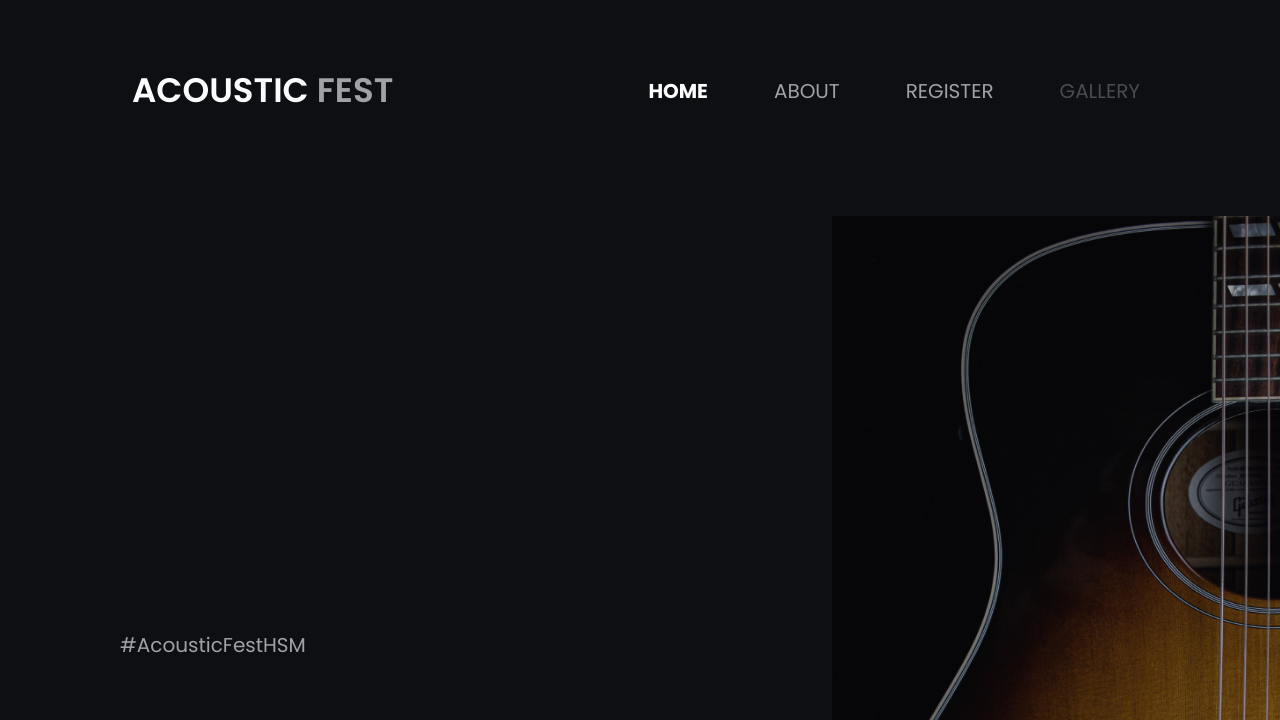
Repository: piyushiso/piyushiso.github.io
Page: event/acousticfest/index.html
The author's editor kept a copy of each file at every save. The page is drawn from the files as they stood at one save, then again after the next save.
The browser window is 1280 px wide. The pictures show the whole page.
Some web fonts or font styles are not loaded; a fallback is used.

Above is the page before, as saved 2022-05-17 18:12:57.

### event/acousticfest/index.html
<html lang="en">
<head>
    <meta charset="UTF-8">
    <meta http-equiv="X-UA-Compatible" content="IE=edge">
    <meta name="viewport" content="width=device-width, initial-scale=1.0">
    <link href="https://cdn.jsdelivr.net/npm/bootstrap@5.2.0-beta1/dist/css/bootstrap.min.css" rel="stylesheet" integrity="sha384-0evHe/X+R7YkIZDRvuzKMRqM+OrBnVFBL6DOitfPri4tjfHxaWutUpFmBp4vmVor" crossorigin="anonymous">
    <link rel="stylesheet" href="styles/style.css" type="text/css"/>
    <link href="https://unpkg.com/aos@2.3.1/dist/aos.css" rel="stylesheet">
    <title>Acoustic Fest 2022</title>
</head>
<body>
    <nav class="navbar navbar-expand-lg fixed-top navbar-dark bg-dark">
        <div class="container-fluid">
          <a class="navbar-brand" href="#"><span class="primary">ACOUSTIC</span> FEST</a>
          <div class="d-flex">
            <button class="navbar-toggler" type="button" data-bs-toggle="collapse" data-bs-target="#navbarSupportedContent" aria-controls="navbarSupportedContent" aria-expanded="false" aria-label="Toggle navigation">
                <span class="navbar-toggler-icon"></span>
            </button>
            <div class="collapse navbar-collapse" id="navbarSupportedContent">
                <ul class="navbar-nav me-auto mb-2 mb-lg-0">
                    <li class="nav-item primary">
                        <a class="nav-link active" aria-current="page" href="#">HOME</a>
                    </li>
                    <li class="nav-item">
                        <a class="nav-link secondary" href="#">ABOUT</a>
                    </li>
                    <li class="nav-item">
                        <a class="nav-link secondary" href="#">REGISTER</a>
                    </li>
                    <li class="nav-item secondary">
                        <a class="nav-link disabled" href="#">GALLERY</a>
                    </li>
                </ul>
            </div>
          </div>
        </div>
    </nav>
    <div class="components">
        <div data-aos="fade-left" data-aos-duration="1000" class="fixed-bottom hashtag">
            <span class="secondary">#AcousticFestHSM</span>
        </div>
    </div>
    <script src="https://cdn.jsdelivr.net/npm/bootstrap@5.2.0-beta1/dist/js/bootstrap.bundle.min.js" integrity="sha384-pprn3073KE6tl6bjs2QrFaJGz5/SUsLqktiwsUTF55Jfv3qYSDhgCecCxMW52nD2" crossorigin="anonymous"></script>
    <script src="https://unpkg.com/aos@2.3.1/dist/aos.js"></script>
    <script src="scripts/script.js"></script>
</body>
</html>

### event/acousticfest/styles/style.css
@import url('https://fonts.googleapis.com/css2?family=Montserrat:wght@100&family=Poppins:wght@100;400;500;600;700&display=swap');
@import url('http://fonts.cdnfonts.com/css/choco-cookies');

:root {
    --bg: #0E0F13;
    --primary: #FAFCFD;
    --secondary: #A0A2A6;
    --main-font: 'Poppins', sans-serif;
    --secondary-font: 'Choco Cookies', sans-serif;
    --bold: 700;
    --semi-bold: 600;
    --medium: 500;
    --regular: 400;
    --t1: 64px;
    --t2: 60px;
    --t3: 38px;
    --t4: 34px;
    --t5: 30px;
    --t6: 24px;
    --t7: 20px;
    --gap-x: 120px;
    --gap-y: 60px;
    --gap-sub: 30px;
}

body{
    background: var(--bg);
    color: var(--primary);
    font-family: var(--main-font);
    font-weight: var(--medium);
    font-size: var(--t6);
    letter-spacing: 5% !important;
    background-image: url("../assets/images/background.png");
    background-repeat: no-repeat;
    background-attachment: fixed;
    background-position: bottom right;
    background-size: 35% 70%;
}

nav {
    background: var(--bg) !important;
    padding: var(--gap-y) var(--gap-x)!important;
}

.navbar-dark, .bg-dark{
    background: var(--bg) !important;
    color: var(--primary);
}

.navbar-brand{
    font-size: var(--t4);
    color: var(--secondary);
    font-weight: var(--semi-bold);
}

.nav-item a{
    font-size: var(--t7);
    font-weight: var(--regular);
}

.active{
    font-weight: var(--bold) !important;
}

.navbar ul li{
    padding-left: 50px;
}

.primary{
    color: var(--primary);
}

.secondary{
    color: var(--secondary);
}

.components{
    padding: var(--gap-y) var(--gap-x);
}

.hashtag{
    padding: inherit;
    font-size: var(--t7);
    font-weight: var(--regular);
}

Loaded but not shown: event/acousticfest/scripts/script.js (common file)

After the next save:
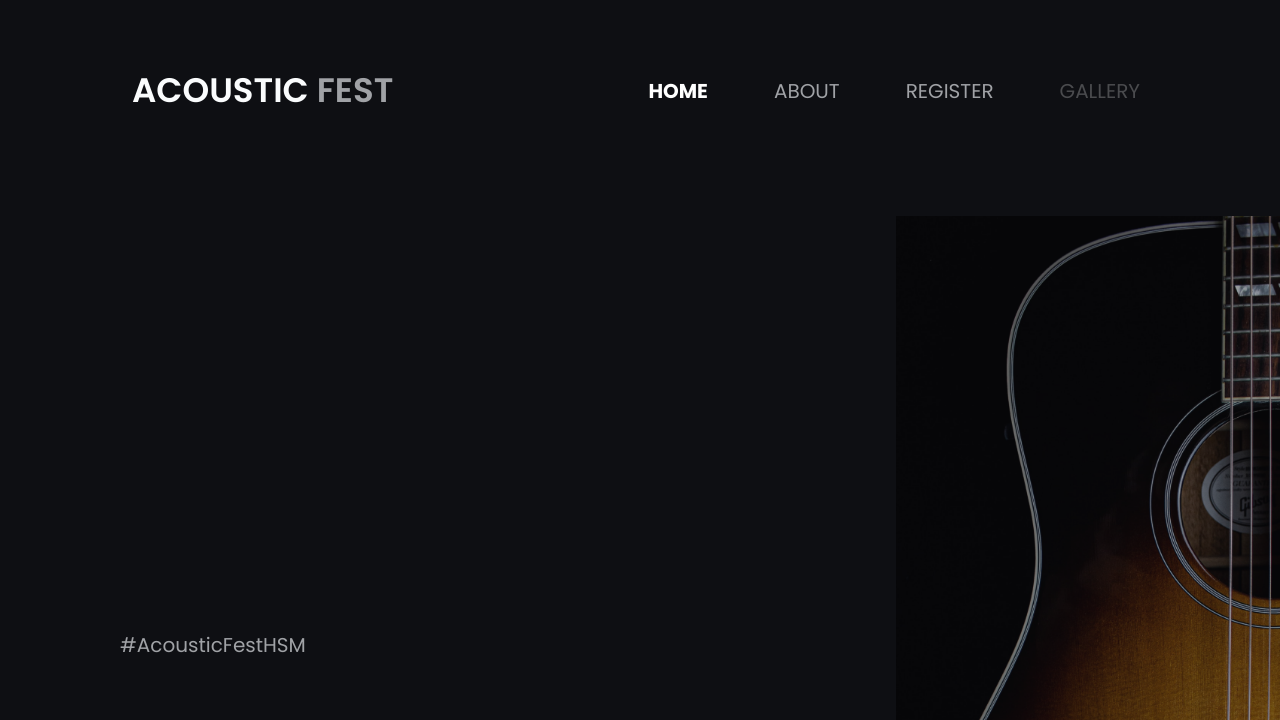
Saved 9 s later.
--- a/event/acousticfest/styles/style.css
+++ b/event/acousticfest/styles/style.css
@@ -34,7 +34,7 @@ body{
     background-repeat: no-repeat;
     background-attachment: fixed;
     background-position: bottom right;
-    background-size: 35% 70%;
+    background-size: 30% 70%;
 }
 
 nav {
